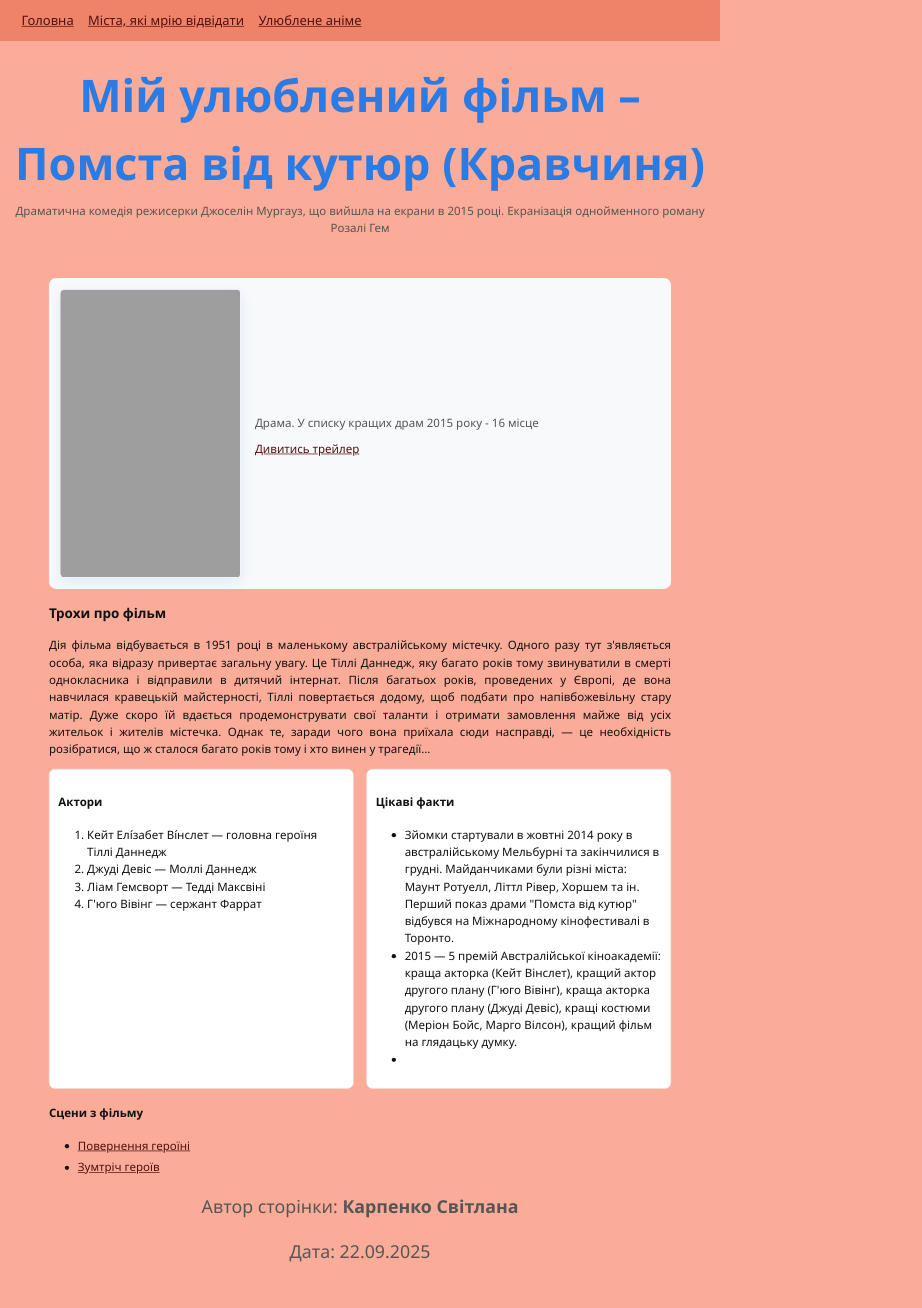
Repository: alexandrastarovoyda-star/homework_info
Page: Mainpr/pr5/html/anime.html
These files come from the project's save history. The page is drawn as it stood at one moment and after the next save; the edit follows.
The browser window is 1280 px wide. The pictures show the whole page, at 72% of full size.
Pictures or frames that could not be fetched are drawn as grey boxes.

Above is the page before, as saved 2026-04-01 14:16:51.

After the next save:
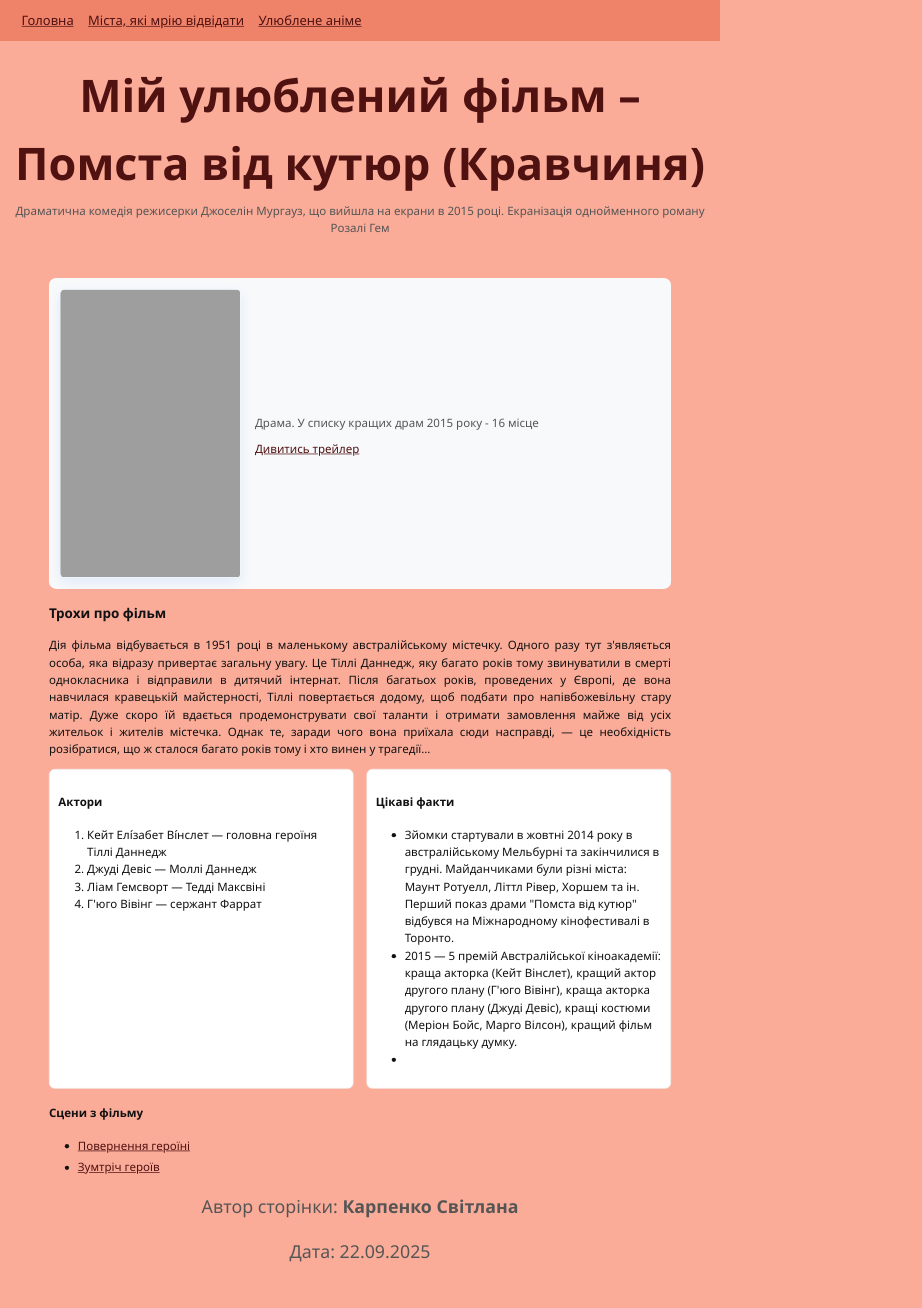
Saved 26 s later.
--- a/Mainpr/pr5/css/anime.css
+++ b/Mainpr/pr5/css/anime.css
@@ -1,7 +1,7 @@
 
 :root{
   --bg:rgba(250, 164, 143, 0.911);
-  --accent:#2b7be4;
+  --accent:rgb(80, 17, 17);;
   --text:#111;
   --muted:#555;
   --card:#f8f9fb;
